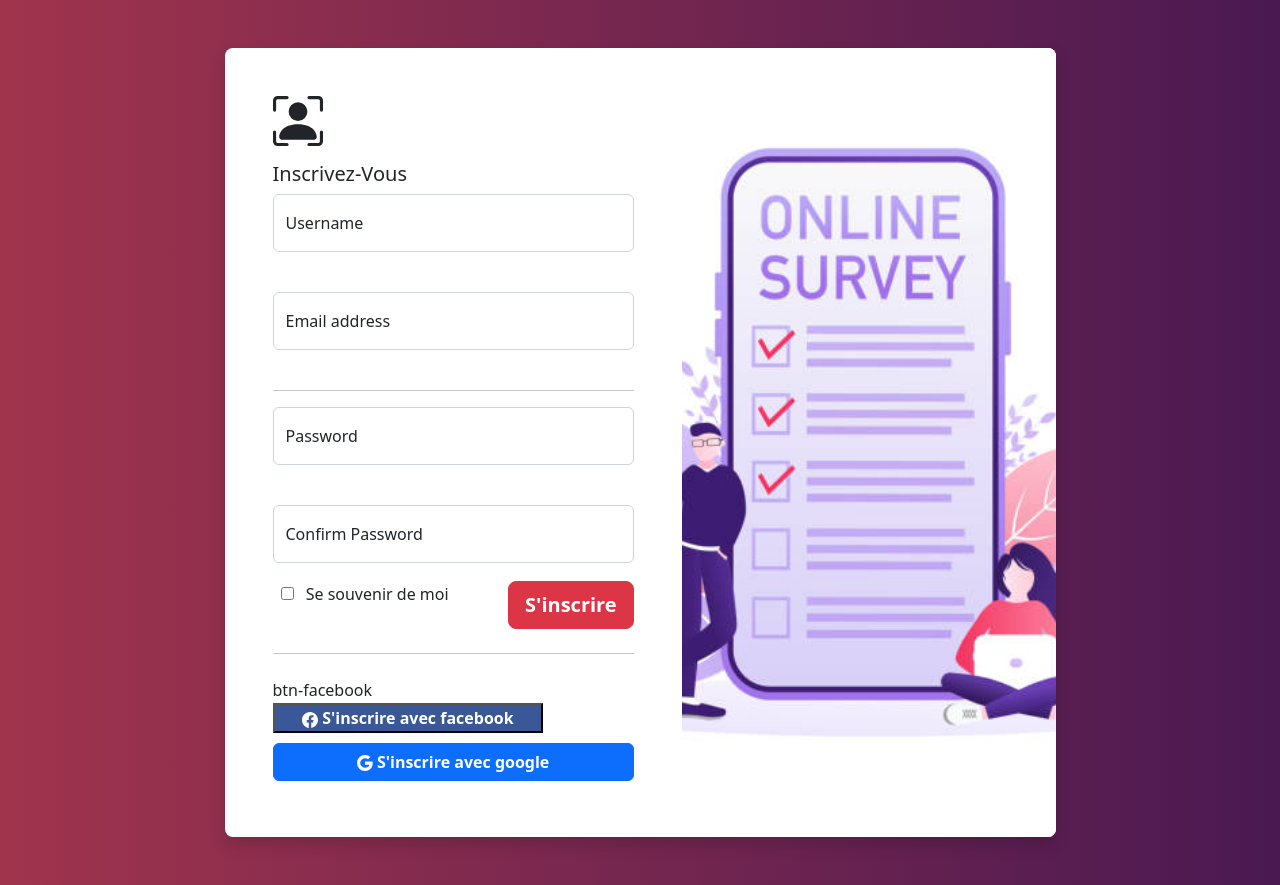
Repository: Djiamil/testsMoustaphaDER
Page: index.html
These files come from the project's save history. The page is drawn as it stood at one moment and after the next save; the edit follows.
The browser window is 1280 px wide. The pictures show the whole page.

Above is the page before, as saved 2022-12-09 00:59:40.

After the next save:
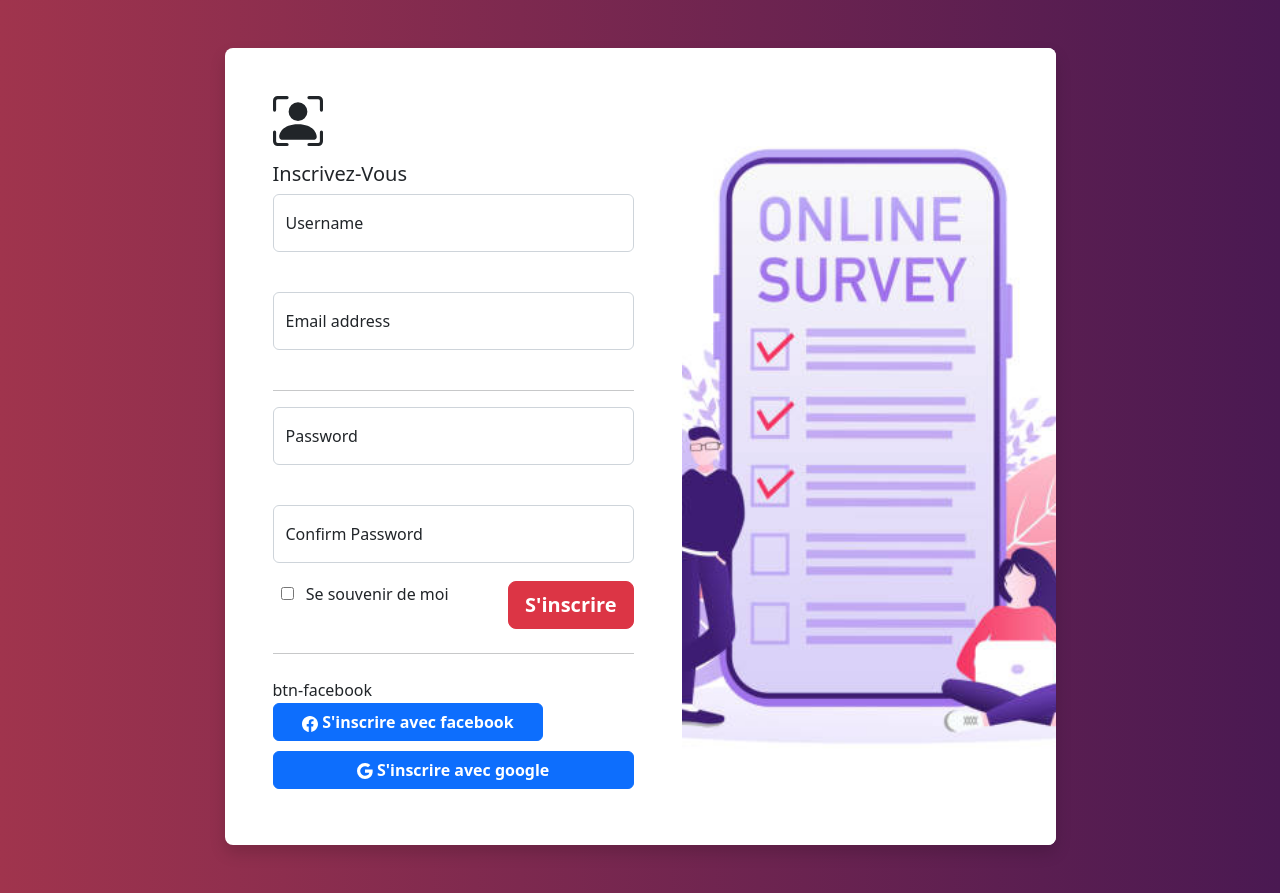
Saved 18 s later.
--- a/index.html
+++ b/index.html
@@ -59,7 +59,7 @@
                     <hr class="my-4">btn-facebook
                 </form>
                     <div class="d-grid mb-2 w-75">
-                        <button class="btn-facebook fw-bold ">
+                        <button class="btn btn-primary fw-bold ">
                             <svg xmlns="http://www.w3.org/2000/svg" width="16" height="16" fill="currentColor" class="bi bi-facebook" viewBox="0 0 16 16">
                                 <path d="M16 8.049c0-4.446-3.582-8.05-8-8.05C3.58 0-.002 3.603-.002 8.05c0 4.017 2.926 7.347 6.75 7.951v-5.625h-2.03V8.05H6.75V6.275c0-2.017 1.195-3.131 3.022-3.131.876 0 1.791.157 1.791.157v1.98h-1.009c-.993 0-1.303.621-1.303 1.258v1.51h2.218l-.354 2.326H9.25V16c3.824-.604 6.75-3.934 6.75-7.951z"/>
                             </svg>
